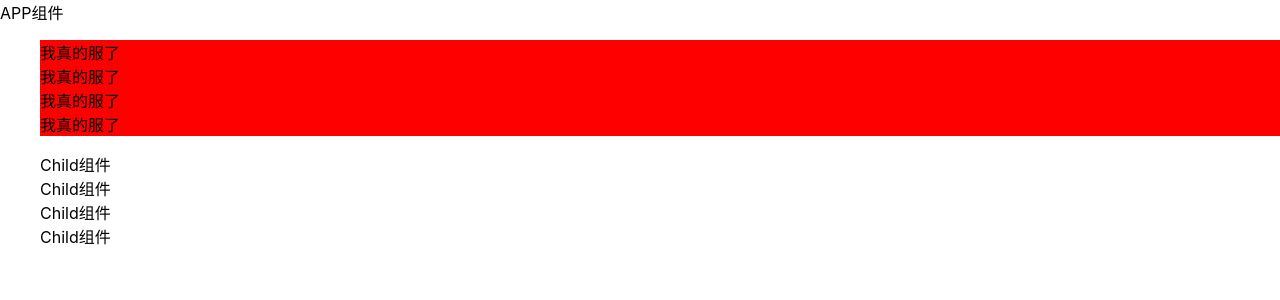
Repository: pagelam97/React-Test-Project
Page: /#/login
These files come from the project's save history. The page is drawn as it stood at one moment and after the next save; the edit follows.
The browser window is 1280 px wide. The pictures show the whole page.
The project was rebuilt for these pictures with package versions that can differ from the ones it lists, and the page was loaded fresh each time.

Above is the page before, as saved 2022-09-01 16:13:31.

After the next save:
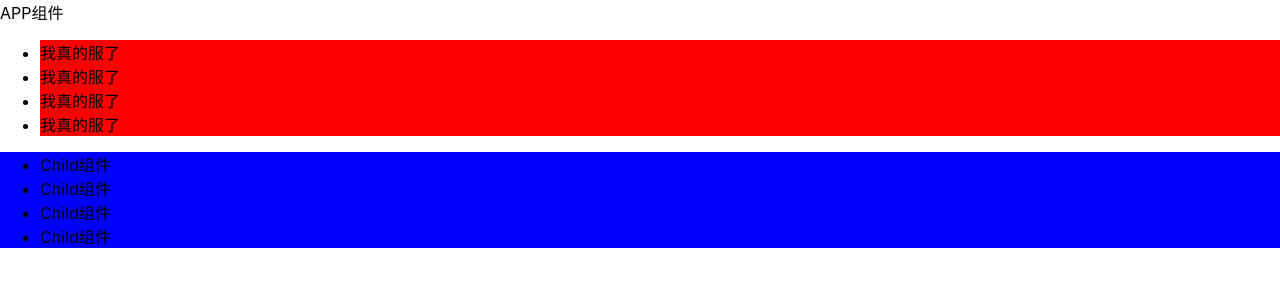
Saved 25 s later.
--- a/src/Child.module.scss
+++ b/src/Child.module.scss
@@ -1,8 +1,12 @@
-ul {
-list-style: none;
 
 
   .childStyle {
+
+
+
+
+
+
+
     background-color: blue;
   }
-}
